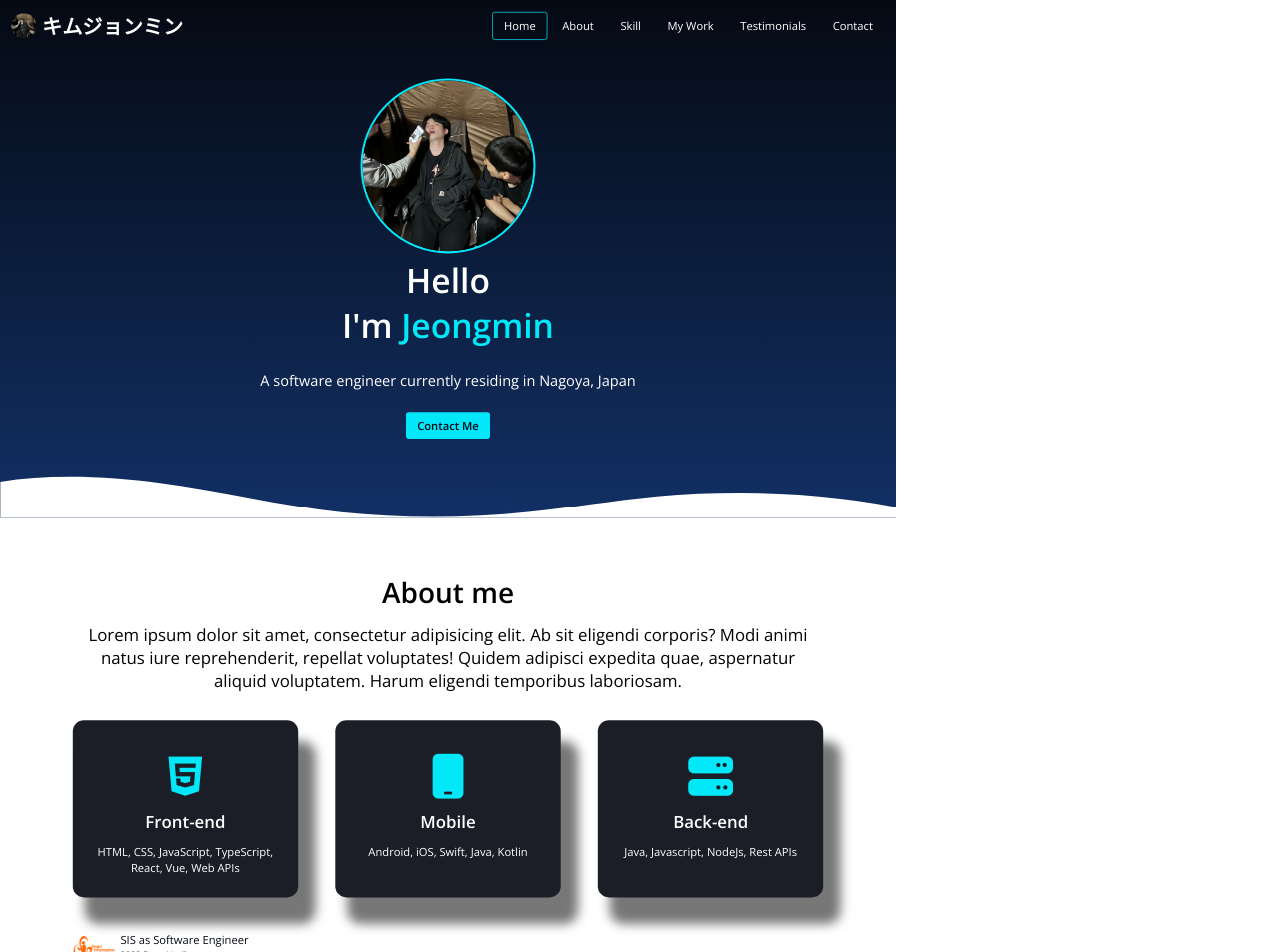
Repository: N1C0N1C0/Portfolio
Page: index.html
An editor plug-in stored every save of this project. The page is shown before and after the next save, followed by the edit.
The browser window is 1280 px wide. The page is 1819 px wide, so the pictures cover 1819 px, including what lies to the right of the window. The pictures show the part of the page from y = 0 to 1360 px (the page is 4463 px tall), at 70% of full size.
Some web libraries are served in a nearby version.

Above is the page before, as saved 2024-01-03 23:43:32.

After the next save:
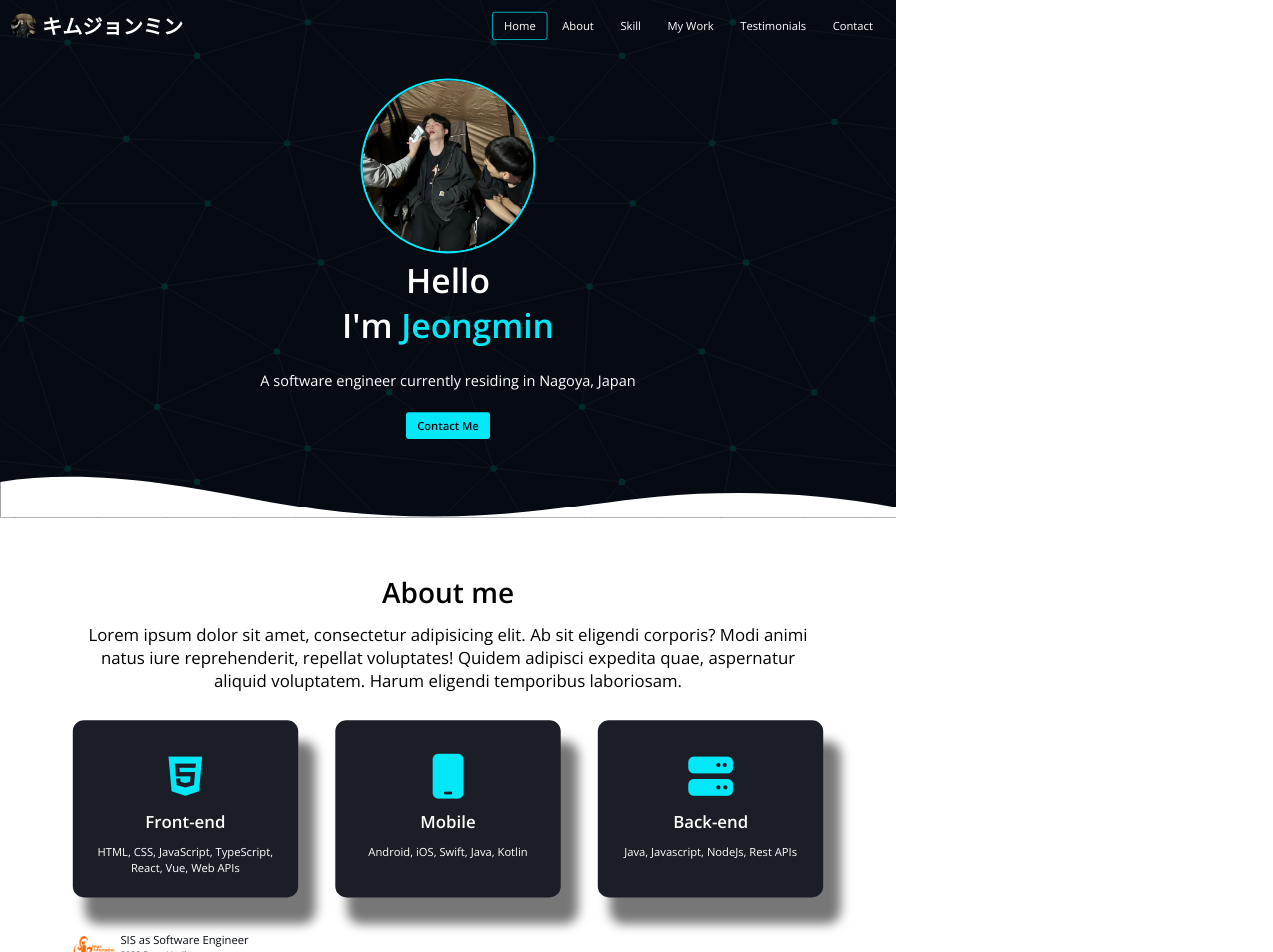
Saved 98 s later.
--- a/css/style.css
+++ b/css/style.css
@@ -158,8 +158,8 @@ button:focus {
 #home {
     position: relative;
     background-color: var(--color-primary);
-    background: var(--home-bg-gradient);
-    /* background: var(--home-bg-svg); */
+    /* background: var(--home-bg-gradient); */
+    background-image: var(--home-bg-svg);
     color: var(--color-text);
     padding: 5rem 1rem;
     padding-top: 7rem;
